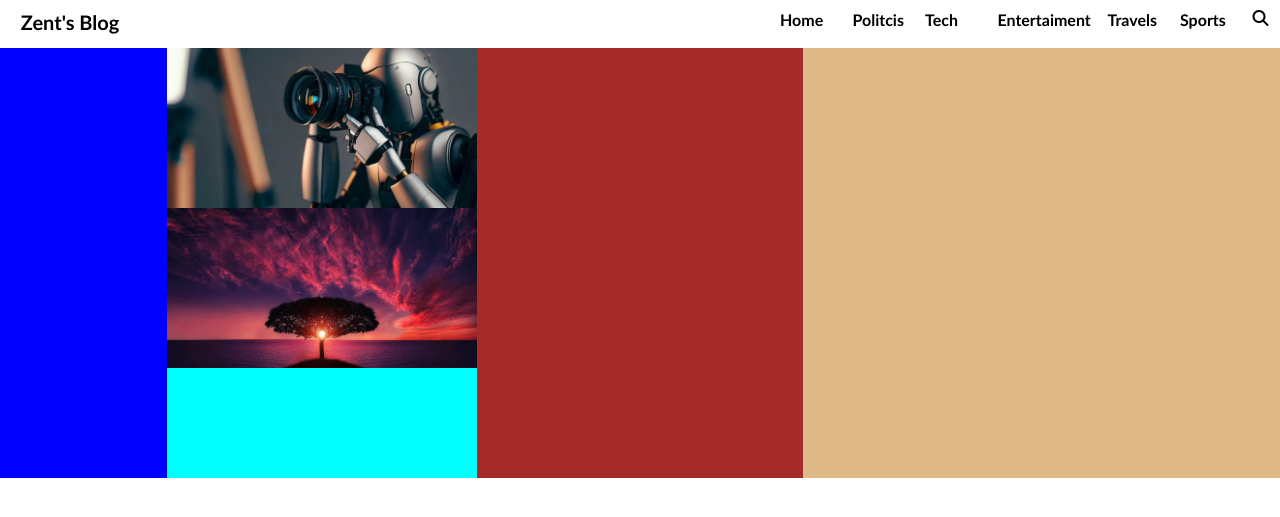
Repository: giacatdat2k5/html3
Page: html3.vs/7.1.html
The author's editor kept a copy of each file at every save. The page is drawn from the files as they stood at one save, then again after the next save.
The browser window is 1280 px wide. The pictures show the whole page.

Above is the page before, as saved 2023-09-27 13:25:54.

After the next save:
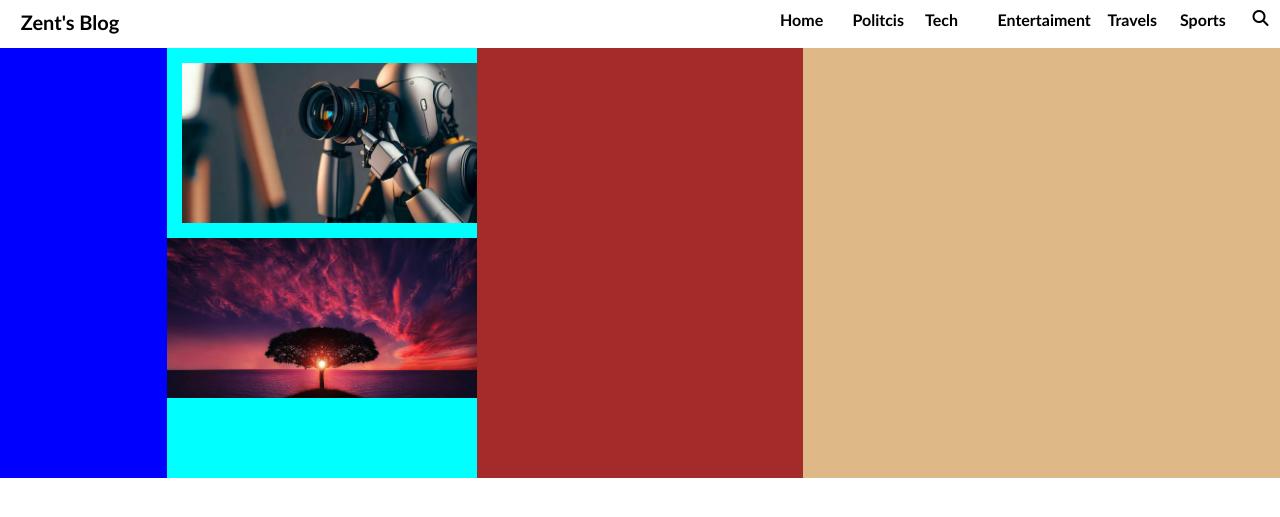
Saved 12 s later.
--- a/html3.vs/7.1.css
+++ b/html3.vs/7.1.css
@@ -68,7 +68,7 @@
     width: 100%;
     height: 160px;
     top: 20px;
-    margin-top: ;
+    margin:15px;
 }
 .iamge2{
     background-image: url('anh2.jpeg');
